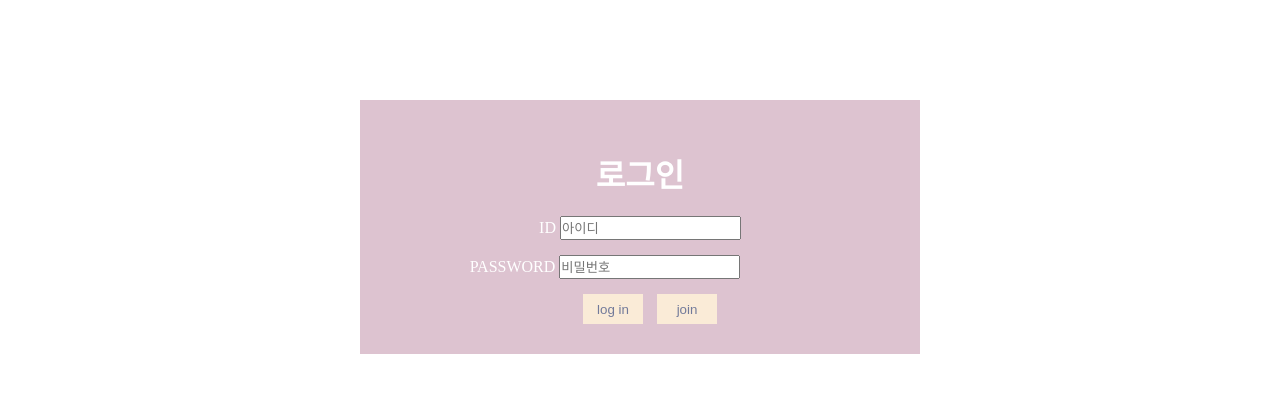
Repository: kayoyo/jsp
Page: http://localhost/BoardWeb_4/login
These files come from the project's save history. The page is drawn as it stood at one moment and after the next save; the edit follows.
The browser window is 1280 px wide. The pictures show the whole page.
The page is served by Tomcat 9. Other server files are loaded and not shown.

Above is the page before, as saved 2020-08-27 05:09:41.

### BoardWeb_4/WebContent/WEB-INF/jsp/user/login.jsp
<%@ page language="java" contentType="text/html; charset=UTF-8"
    pageEncoding="UTF-8"%>
<!DOCTYPE html>
<html>
<head>
<meta charset="UTF-8">
<style>
* { margin:0; padding: 0; }
 a {text-decoration:none; color: black;}
 .err {color: #585858;}
 #container {width: 500px; background-color: #ddc3d0;
 			margin: 0 auto; padding:30px; text-align:center; margin-top: 100px;]}
 h1 {margin: 20px; color: white;}
 .pw {margin-right: 70px;}
 .pw, .id {color: white; margin-bottom: 15px;}
 input {height : 20px;}
 #login {width: 60px; height: 30px; margin-left: 20px;
 		color: #727A9A; background-color: #faebd7; border:none;}
 #join {width: 60px; height: 30px; margin-left: 10px;
 		color: #727A9A; background-color: #faebd7; border:none;}


</style>
<title>로그인</title>
</head>
<body>
	<div id="container">
	<h1>로그인</h1>
	<div class="err">${msg}</div>
	<form action="/login" method="post" id="logFrom">
	<div class="id">ID
	<input type="text" name="user_id" placeholder="아이디" value="${data.user_id}"></div>
	<div class="pw">PASSWORD
	<input type="password" name="user_pw" placeholder="비밀번호"></div>
	<input type="submit" value="log in" id="login">
	<a href="/join"><button id="join">join</button></a>
	</form>
	</div>
</body>
</html>

### BoardWeb_4/src/com/koreait/pjt/user/LoginSer.java
package com.koreait.pjt.user;

import java.io.IOException;
import javax.servlet.ServletException;
import javax.servlet.annotation.WebServlet;
import javax.servlet.http.HttpServlet;
import javax.servlet.http.HttpServletRequest;
import javax.servlet.http.HttpServletResponse;
import javax.servlet.http.HttpSession;

import com.koreait.pjt.Const;
import com.koreait.pjt.MyUtils;
import com.koreait.pjt.ViewResolver;
import com.koreait.pjt.db.UserDAO;
import com.koreait.pjt.vo.LoginHistroryVO;
import com.koreait.pjt.vo.UserVO;


@WebServlet("/login")
public class LoginSer extends HttpServlet {
	private static final long serialVersionUID = 1L;


	protected void doGet(HttpServletRequest request, HttpServletResponse response) throws ServletException, IOException {
		if(request.getRemoteAddr().equals("192.168.2.6")) {
			response.sendRedirect("/blockip");
		}

		ViewResolver.forword("user/login", request, response);
	}
	protected void doPost(HttpServletRequest request, HttpServletResponse response) throws ServletException, IOException {

		String user_id = request.getParameter("user_id");
		String user_pw = request.getParameter("user_pw");
		String encrypt_pw = MyUtils.encryptString(user_pw);

		UserVO param = new UserVO();
		param.setUser_id(user_id);
		param.setUser_pw(encrypt_pw);

		int result = UserDAO.login(param); //param의 주소값

		if(result !=1) {
			request.setAttribute("data", param);
			switch(result) {
			case 2 : request.setAttribute("msg", "비밀번호가 다릅니다");
			break;
			case 3 : request.setAttribute("msg", "아이디가 다릅니다");
			break;
			default : request.setAttribute("msg", "로그인을 실패했습니다");
			}
			param = null;
			doGet(request, response);
			return;
		}

		//로그인 히스토리 기록
		String agent = request.getHeader("User-Agent");
		System.out.println("agent : " + agent);
		String os = getOs(agent);
		String browser = getBrowser(agent);
		String ip_addr = request.getRemoteAddr();

		System.out.println("os : " + os);
		System.out.println("browser : " + browser);
		System.out.println("ip_addr : " + ip_addr);

		LoginHistroryVO ulhVO = new LoginHistroryVO();
		ulhVO.setI_user(param.getI_user());
		ulhVO.setOs(os);
		ulhVO.setIp_addr(ip_addr);
		ulhVO.setBrowser(browser);
		UserDAO.insUserLoginHistory(ulhVO);


		HttpSession hs = request.getSession();
		hs.setAttribute(Const.LOGIN_USER, param);

		System.out.println("로그인 성공");
		response.sendRedirect("/board/list");

	}
	private String getBrowser(String agent) {
		if(agent.toLowerCase().contains("msie")) {
			return "IE";
		} else if(agent.toLowerCase().contains("chrome")) {
			return "chrome";
		} else if(agent.toLowerCase().contains("safari")) {
			return "safari";
		}
		return "";
	}
	private String getOs(String agent) {

		if(agent.contains("mac")) {
			return "mac";
		} else if(agent.toLowerCase().contains("windows")) {
			return "windows";
		} else if(agent.toLowerCase().contains("x11")) {
			return "linux";
		} else if(agent.toLowerCase().contains("android")) {
			return "android";
		} else if(agent.toLowerCase().contains("iphone")) {
			return "ios";
		}
		return "";
	}

}

### BoardWeb_4/src/com/koreait/pjt/ViewResolver.java
package com.koreait.pjt;

import java.io.IOException;

import javax.servlet.ServletException;
import javax.servlet.http.HttpServlet;
import javax.servlet.http.HttpServletRequest;
import javax.servlet.http.HttpServletResponse;

public class ViewResolver {
	public static void forword(String fileNm, HttpServletRequest request, HttpServletResponse response) throws ServletException, IOException{
		String jsp = String.format("/WEB-INF/jsp/%s.jsp", fileNm);
		request.getRequestDispatcher(jsp).forward(request, response);

	}

	//로그인 체크
	public static void forwordLoginChk(String fileNm, HttpServletRequest request, HttpServletResponse response) throws ServletException, IOException {

		if(MyUtils.isLogout(request)) {
			response.sendRedirect("/login"); //로그인이 안되어 있을 때
			return;
		}
		ViewResolver.forword(fileNm, request, response);
	}

}

After the next save:
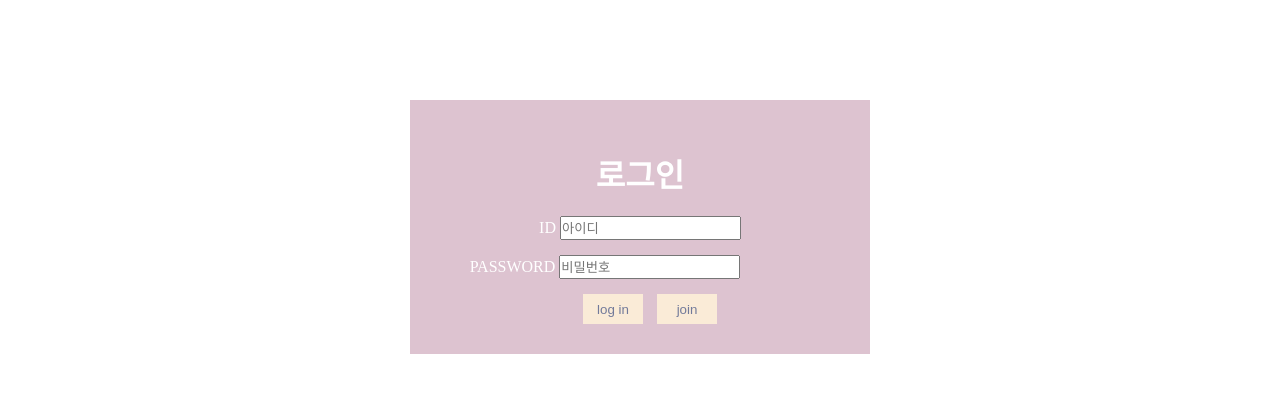
Saved 10 s later.
--- a/BoardWeb_4/WebContent/WEB-INF/jsp/user/login.jsp
+++ b/BoardWeb_4/WebContent/WEB-INF/jsp/user/login.jsp
@@ -8,7 +8,7 @@
 * { margin:0; padding: 0; }
  a {text-decoration:none; color: black;}
  .err {color: #585858;}
- #container {width: 500px; background-color: #ddc3d0;
+ #container {width: 400px; background-color: #ddc3d0;
  			margin: 0 auto; padding:30px; text-align:center; margin-top: 100px;]}
  h1 {margin: 20px; color: white;}
  .pw {margin-right: 70px;}
